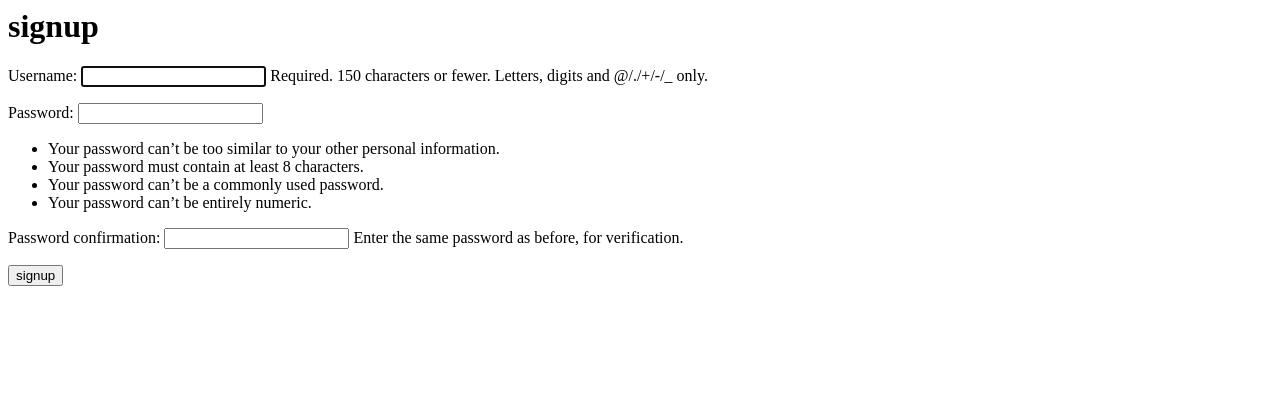
Repository: Andres250602/auth.django
Page: http://localhost/signup/
An editor plug-in stored every save of this project. The page is shown before and after the next save, followed by the edit.
The browser window is 1280 px wide. The pictures show the whole page.
The page is served by the project's application, run on Django 5.2 (manage.py).

Above is the page before, as saved 2024-04-11 09:32:57.

After the next save:
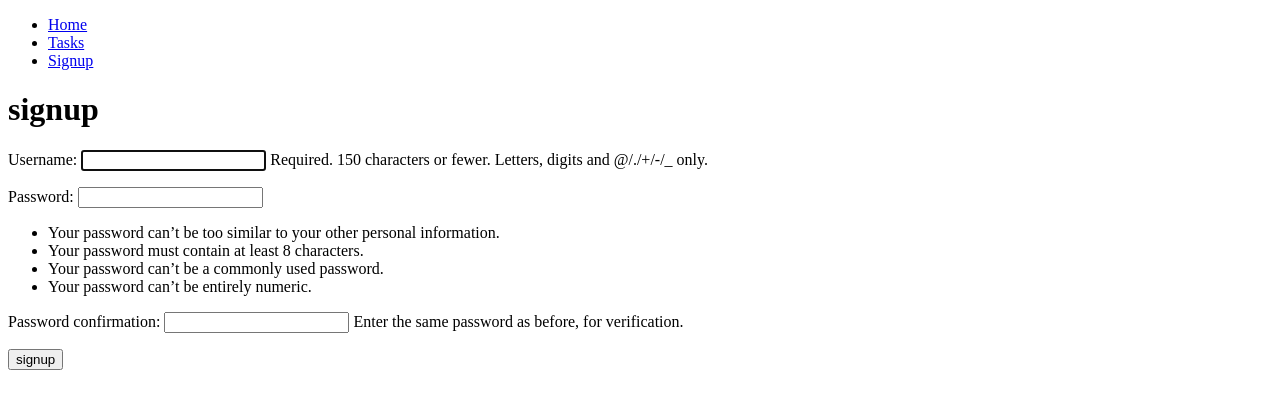
Saved 107 s later.
--- a/myapp/templates/signup.html
+++ b/myapp/templates/signup.html
@@ -1,3 +1,7 @@
+{% extends 'base.html' %}
+
+
+{% block content %}
 <h1>signup</h1>
 
 {{error}}
@@ -8,3 +12,4 @@
         signup
     </button>
 </form>
+{% endblock %}
